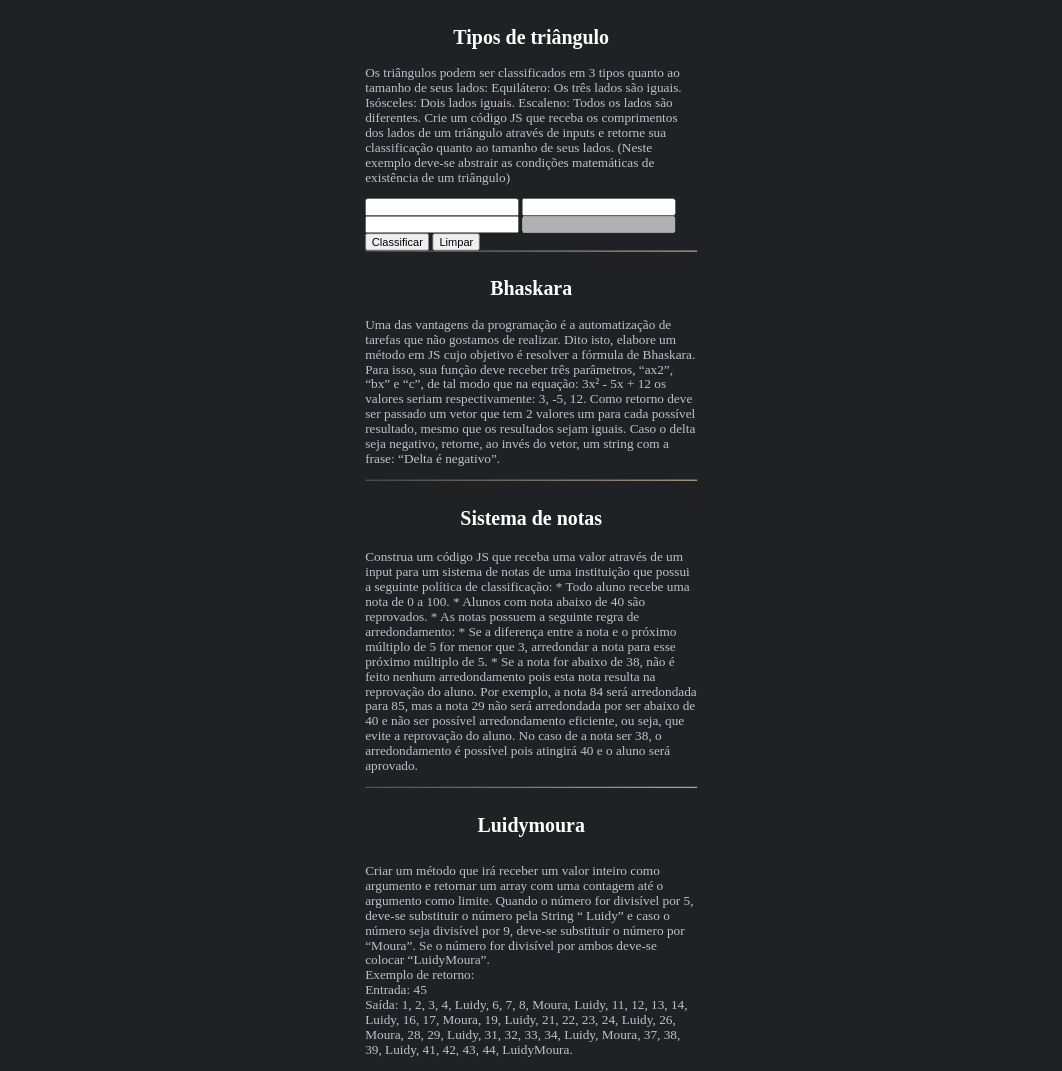
Repository: viviij/Fun-es-Simples-JavaScript
Page: index.html
An editor plug-in stored every save of this project. The page is shown before and after the next save, followed by the edit.
The browser window is 1280 px wide. The pictures show the whole page, at 83% of full size.

Above is the page before, as saved 2022-08-26 02:54:36.
Console error: TypeError: Cannot set properties of null (setting 'onblur')

### index.html
<!DOCTYPE html>
<html lang="ptBR">
  <head>
    <meta charset="UTF-8">
    <meta http-equiv="X-UA-Compatible" content="IE=edge">
    <meta name="viewport" content="width=device-width, initial-scale=1.0">
    <link rel="stylesheet" href="styles.css">
    <title>Prova C3C</title>
  </head>
  <body>
    <div class="container">
      <section class="Tipos de Triângulo">
        <header>
          <h1>Tipos de triângulo</h1>
          <p>
            Os triângulos podem ser classificados em 3 tipos quanto ao tamanho de seus lados:

            Equilátero: Os três lados são iguais.
            Isósceles: Dois lados iguais.
            Escaleno: Todos os lados são diferentes.

            Crie um código JS que receba os comprimentos dos lados de um triângulo através de inputs e retorne sua classificação quanto ao tamanho de seus lados. (Neste exemplo deve-se abstrair as condições matemáticas de existência de um triângulo)
          </p>

        </header>
        <div class="main">
          <input type="number" name="trianguloLado1" id="trianguloLado1"/>
          <input type="number" name="trianguloLado2" id="trianguloLado2"/>
          <input type="number" name="trianguloLado3" id="trianguloLado3"/>

          <input type="text" name="tipoDeTriangulo" id="tipoDeTriangulo" disabled/>

          <button id="classificacaoTriangulo">Classificar</button>
          <button id="limparInputBotao">Limpar</button>
        </div>
      </section>

      <div class="linhaDeDivisaoDasQuestoes"></div>

      <section class="Bhaskara">
        <h2>Bhaskara</h2>
        <p>Uma das vantagens da programação é a automatização de tarefas que não gostamos de realizar. Dito isto, elabore um método em JS cujo objetivo é resolver a fórmula de Bhaskara.

          Para isso, sua função deve receber três parâmetros, “ax2”, “bx” e “c”, de tal modo que na equação: 3x² - 5x + 12 os valores seriam respectivamente: 3, -5, 12.

          Como retorno deve ser passado um vetor que tem 2 valores um para cada possível resultado, mesmo que os resultados sejam iguais.

          Caso o delta seja negativo, retorne, ao invés do vetor, um string com a frase: “Delta é negativo”.</p>
      </section>

      <div class="linhaDeDivisaoDasQuestoes"></div>

      <section class="Sistema de Notas">
        <h3>Sistema de notas</h3>
        <p>Construa um código JS que receba uma valor através de um input para um sistema de notas de uma instituição que possui a seguinte política de classificação:

          * Todo aluno recebe uma nota de 0 a 100.
          * Alunos com nota abaixo de 40 são reprovados.
          * As notas possuem a seguinte regra de arredondamento:
            * Se a diferença entre a nota e o próximo múltiplo de 5 for menor que 3, arredondar a nota para esse próximo múltiplo de 5.
            * Se a nota for abaixo de 38, não é feito nenhum arredondamento pois esta nota resulta na reprovação do aluno.

          Por exemplo, a nota 84 será arredondada para 85, mas a nota 29 não será arredondada por ser abaixo de 40 e não ser possível arredondamento eficiente, ou seja, que evite a reprovação do aluno.
          No caso de a nota ser 38, o arredondamento é possível pois atingirá 40 e o aluno será aprovado.</p>
      </section>

      <div class="linhaDeDivisaoDasQuestoes"></div>

      <section class="LuidyMoura">
        <h4>Luidymoura</h4>
        <p>Criar um método que irá receber um valor inteiro como argumento e retornar um array com uma contagem até o argumento como limite.

          Quando o número for divisível por 5, deve-se substituir o número pela String “ Luidy” e caso o número seja divisível por 9, deve-se substituir o número por  “Moura”.
          Se o número for divisível por ambos deve-se colocar “LuidyMoura”.
          <br/>
          Exemplo de retorno:
          <br/>

          Entrada:
          45
          <br/>

          Saída:
          1, 2, 3, 4, Luidy, 6, 7, 8, Moura, Luidy, 11, 12, 13, 14, Luidy, 16, 17, Moura, 19, Luidy, 21, 22, 23, 24, Luidy, 26, Moura, 28, 29, Luidy, 31, 32, 33, 34, Luidy, Moura, 37, 38, 39, Luidy, 41, 42, 43, 44, LuidyMoura.</p>
      </section>
    </div>
    <script src="./js/tipos_de_triangulo.js"></script>
    <script src="./js/sistema_de_notas.js"></script>
    <script src="./js/luidymoura.js"></script>
    <script src="./js/bhaskara.js"></script>
  </body>
</html>

### styles.css
body {
  margin: 0;
  padding: 0;
  box-sizing: border-box;
  background: var(--background-color);
  display: flex;
  justify-content: center;
}

a {
  text-decoration: none;
}

ul {
  list-style: none;
}

:root {
  /*CORES GLOBAIS*/
  --text-color: #bdc1c6;
  --background-color: #202124;
  --title-color: #ffffff;

}

.container section {
  max-height: auto;
  max-width: 400px;
}

section {
  color: var(--text-color);
  margin-top: 2rem;
}

.container .linhaDeDivisaoDasQuestoes {
  height: 1px;
  background: linear-gradient(270deg,
      hsla(33, 100%, 88%, 1) 0%,
      hsla(33, 65%, 88%, 0.34) 100%);
}

section h1,
h2,
h3,
h4,
h5 {
  display: flex;
  justify-content: center;
  font-size: 1.5rem;
  color: var(--title-color);
}

.container .questao_1 {}

.container .questao_2 {}

.container .questao_3 {}

.container .questao_4 {}

### js/tipos_de_triangulo.js
//Selecionando itens do HTML
const t1 = document.querySelector("#trianguloLado1");
const t2 = document.querySelector("#trianguloLado2");
const t3 = document.querySelector("#trianguloLado3");
const tr = document.querySelector("#tipoDeTriangulo");
const ct = document.querySelector("#classificacaoTriangulo") ;
const lib = document.querySelector("#limparInputBotao");
//Marcar "erro" caso alguma resposta nao seja preenchida
t1.onblur = () => {
  if(t1.value == "") {
    t1.style = "border-color: #aa0044";
  }else{
    t1.style = "color: #000000";
  }
}

t2.onblur = () => {
  if(t2.value == "") {
    t2.style = "border-color: #aa0044";
  }else{
    t2.style = "color: #000000";
  }
}

t3.onblur = () => {
  if(t3.value == "") {
    t3.style = "border-color: #aa0044";
  }else{
    t3.style = "color: #000000";
  }
}

//Limpar input apos clicar no botao Limpar
lib.onclick = () => {
  t1.value = "";
  t2.value = "";
  t3.value = "";
}

//Classificar o tipo de triangulo apos clicar no botao Classificar
ct.onclick = () => {
  tr.value = ""
  if (t1.value == "" && t2.value != "" && t3.value != "") {
    t1.focus();
  }else if (t2.value == "" && t1.value != "" && t3.value != "") {
    t2.focus();
  }else if (t3.value == "" && t1.value != "" && t2.value != "") {
    t3.focus();
  }

  if (t1.value != t2.value && t1.value != t3.value && t2.value != t3.value) {
    tr.value = "Escaleno: Todos os lados são diferentes.";

  }else if (t1.value == t2.value && t1.value == t3.value && t2.value == t3.value) {
    tr.value = "Equilátero: Os três lados são iguais.";

  }else{
    tr.value = "Isósceles: Dois lados iguais.";

  }
}

### js/bhaskara.js
//Selecionando itens do HTML
const bhaskaVA = document.querySelector("#bhaskaraValorA");
const bhaskaVB = document.querySelector("#bhaskaraValorB");
const bhaskaVC = document.querySelector("#bhaskaraValorC");
const resBhaska = document.querySelector("#resultadoBhaskara");
const calcBhaska = document.querySelector("#calcularBhaskara");
//Marcar "erro" caso alguma resposta nao seja preenchida
bhaskaVA.onblur = () => {
  if(bhaskaVA.value == "") {
    bhaskaVA.style = "border-color: #aa0044";
  }else{
    bhaskaVA.style = "color: #000000";
  }
}

bhaskaVB.onblur = () => {
  if(bhaskaVB.value == "") {
    bhaskaVB.style = "border-color: #aa0044";
  }else{
    bhaskaVB.style = "color: #000000";
  }
}

bhaskaVC.onblur = () => {
  if(bhaskaVC.value == "") {
    bhaskaVC.style = "border-color: #aa0044";
  }else{
    bhaskaVC.style = "color: #000000";
  }
}

//Calcular os valores de bhaskara


calcBhaska.onclick = () => {
  //Dar foco no input vazio
  if (bhaskaVA.value == "" && bhaskaVB.value != "" && bhaskaVC.value != "") {
    bhaskaVA.focus();
  }else if (bhaskaVB.value == "" && bhaskaVA.value != "" && bhaskaVC.value != "") {
    bhaskaVB.focus();
  }else if (bhaskaVC.value == "" && bhaskaVA.value != "" && bhaskaVB.value != "") {
    bhaskaVC.focus();
  }

  if (bhaskaVC.value != "" && bhaskaVA.value != "" && bhaskaVB.value != ""){
    //Função de bhaskara
    const valorDelta = (bhaskaVB.value*bhaskaVB.value) - 4*bhaskaVA.value*(bhaskaVC.value);

    if(valorDelta < 0) {
      resBhaska.value = "Delta é negativo";
    }else{
      let calculoDeX = (-bhaskaVB.value+Math.sqrt(valorDelta))/(2*bhaskaVA.value);
      let calculoDeX2 = (-bhaskaVB.value-Math.sqrt(valorDelta))/(2*bhaskaVA.value);
      bhaskaVA.value = ""
      bhaskaVB.value = ""
      bhaskaVC.value = ""

      resBhaska.value = [calculoDeX, calculoDeX2];
    }
  }
}

Loaded but not shown: js/sistema_de_notas.js (no stored copy; drawn as an empty file); js/luidymoura.js (no stored copy; drawn as an empty file)

After the next save:
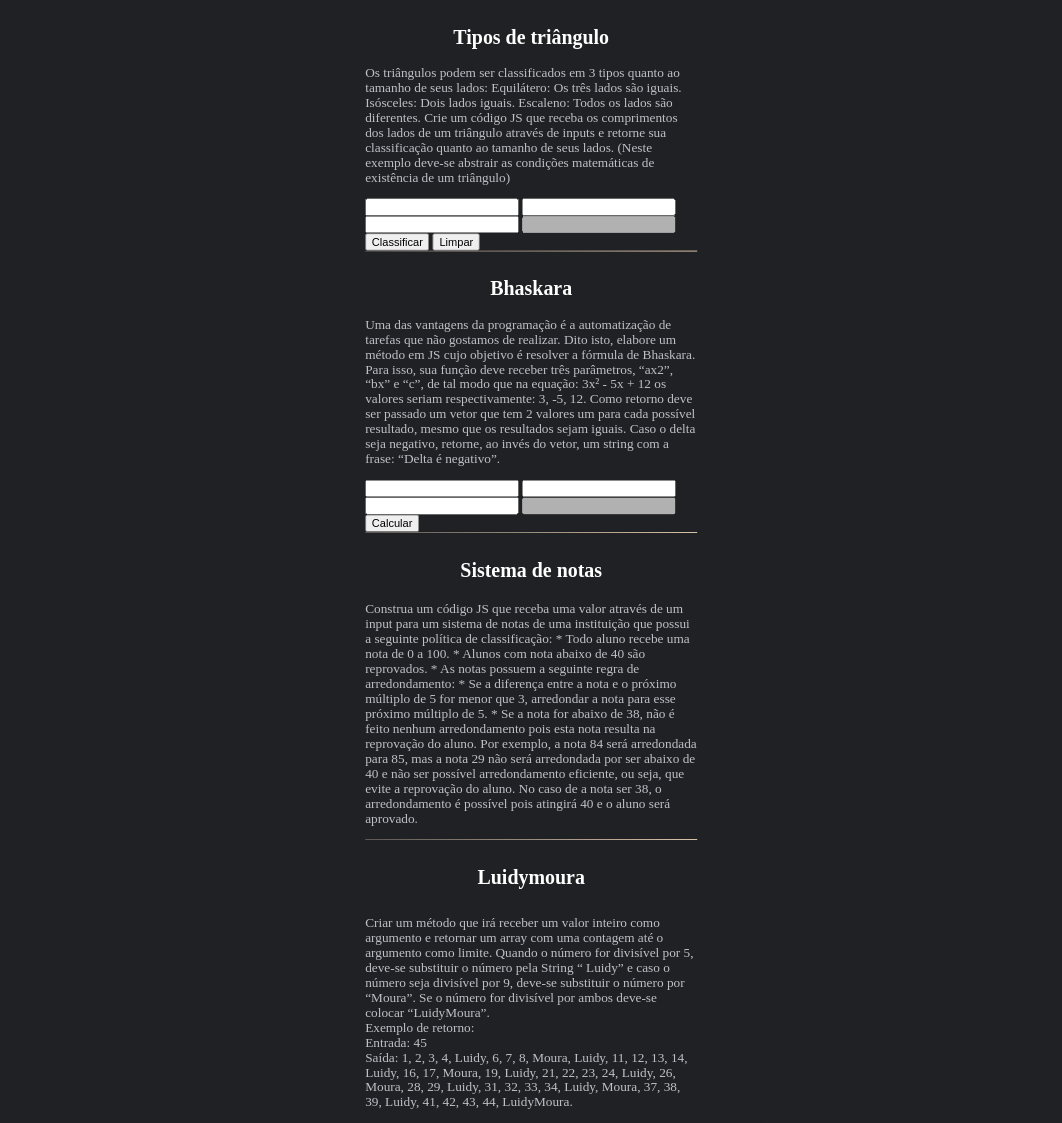
The error is gone.
Saved 31 min 41 s later.
--- a/index.html
+++ b/index.html
@@ -38,14 +38,24 @@
       <div class="linhaDeDivisaoDasQuestoes"></div>
 
       <section class="Bhaskara">
-        <h2>Bhaskara</h2>
-        <p>Uma das vantagens da programação é a automatização de tarefas que não gostamos de realizar. Dito isto, elabore um método em JS cujo objetivo é resolver a fórmula de Bhaskara.
+        <header>
+          <h2>Bhaskara</h2>
+          <p>Uma das vantagens da programação é a automatização de tarefas que não gostamos de realizar. Dito isto, elabore um método em JS cujo objetivo é resolver a fórmula de Bhaskara.
 
-          Para isso, sua função deve receber três parâmetros, “ax2”, “bx” e “c”, de tal modo que na equação: 3x² - 5x + 12 os valores seriam respectivamente: 3, -5, 12.
+            Para isso, sua função deve receber três parâmetros, “ax2”, “bx” e “c”, de tal modo que na equação: 3x² - 5x + 12 os valores seriam respectivamente: 3, -5, 12.
 
-          Como retorno deve ser passado um vetor que tem 2 valores um para cada possível resultado, mesmo que os resultados sejam iguais.
+            Como retorno deve ser passado um vetor que tem 2 valores um para cada possível resultado, mesmo que os resultados sejam iguais.
 
-          Caso o delta seja negativo, retorne, ao invés do vetor, um string com a frase: “Delta é negativo”.</p>
+            Caso o delta seja negativo, retorne, ao invés do vetor, um string com a frase: “Delta é negativo”.</p>
+        </header>
+        <div class="main">
+          <input type="number" name="bhaskaraValorA" id="bhaskaraValorA"/>
+          <input type="number" name="bhaskaraValorB" id="bhaskaraValorB"/>
+          <input type="number" name="bhaskaraValorC" id="bhaskaraValorC"/>
+
+          <input type="text" name="tipoDeTriangulo" id="valorBhaskara" disabled/>
+          <button id="calcularBhaskara">Calcular</button>
+        </div>
       </section>
 
       <div class="linhaDeDivisaoDasQuestoes"></div>
